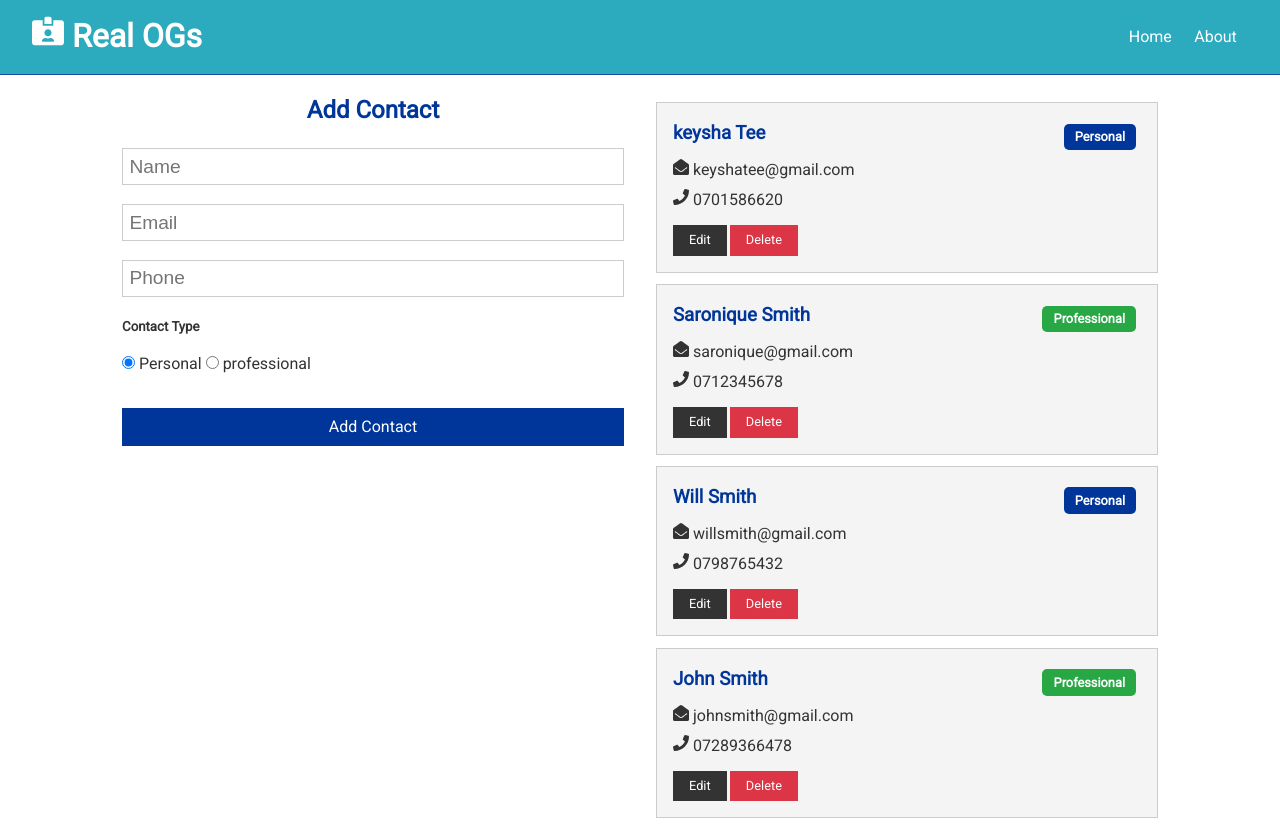
Repository: aaronmatei/contact-keeper
Page: / (app in client/)
The author's editor kept a copy of each file at every save. The page is drawn from the files as they stood at one save, then again after the next save.
The browser window is 1280 px wide. The pictures show the whole page.
The project was rebuilt for these pictures with package versions that can differ from the ones it lists, and the page was loaded fresh each time. A package was used in the major version that the imports need, not the one package.json lists. Also part of the build but not shown: client/src/components/pages/About.jsx.

Above is the page before, as saved 2019-12-02 10:32:29.

After the next save:
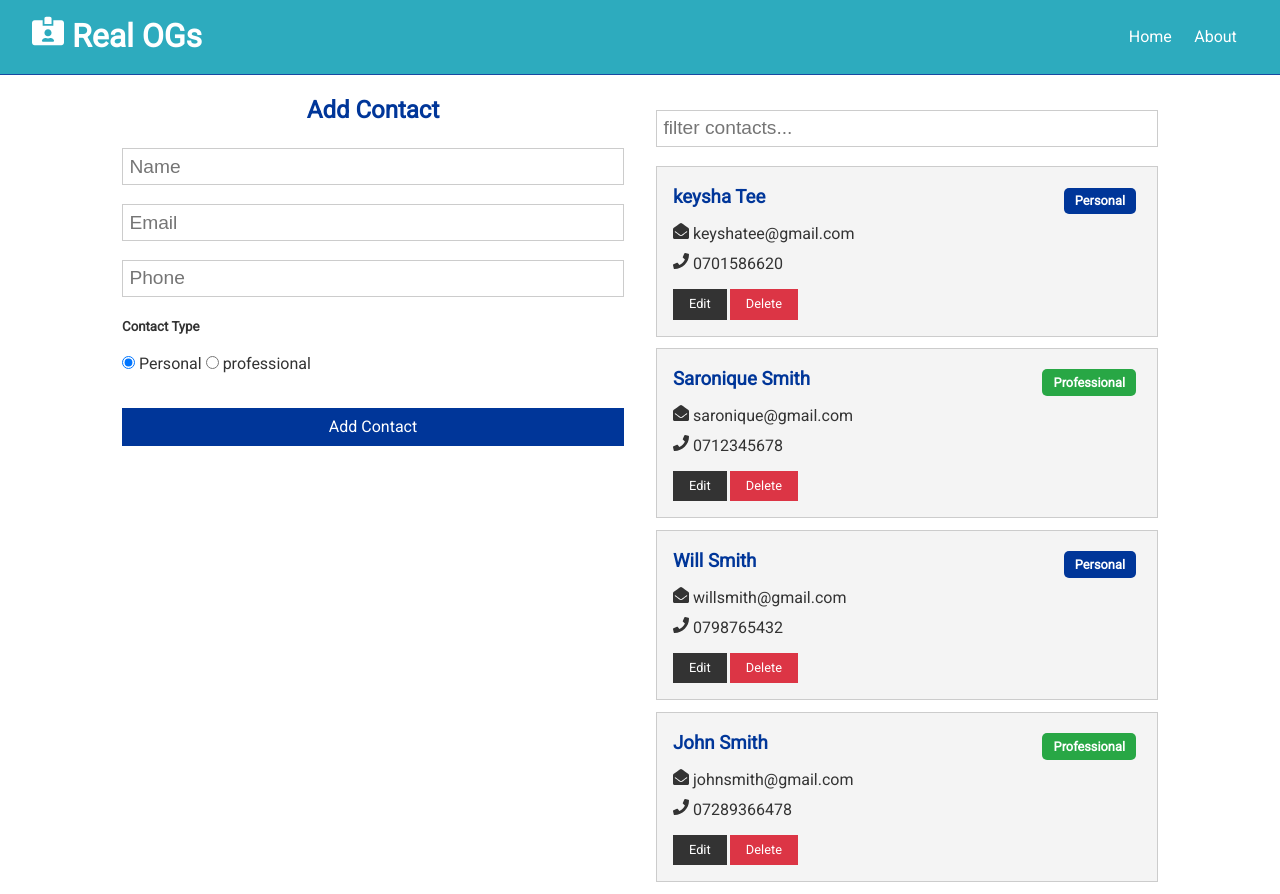
Saved 39 s later.
--- a/client/src/components/pages/Home.jsx
+++ b/client/src/components/pages/Home.jsx
@@ -10,6 +10,7 @@ const Home = () => {
 				<ContactForm />
 			</div>
 			<div>
+				<ContactFilter />
 				<Contacts />
 			</div>
 		</div>
